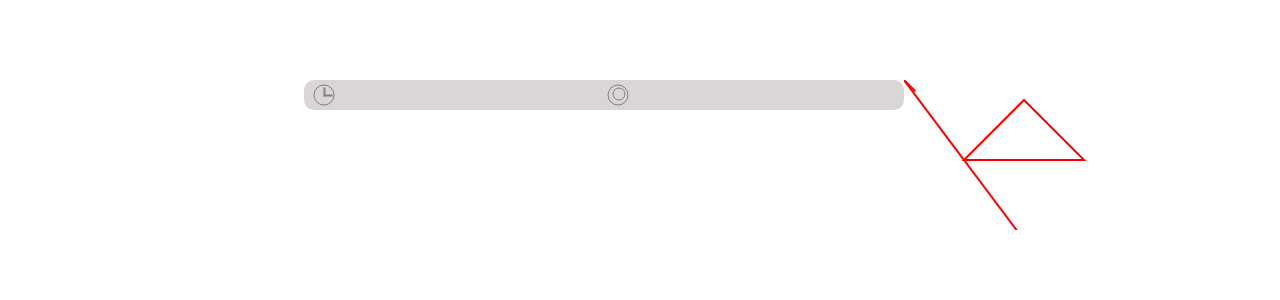
Repository: Gaj123-coder/emoji-search-app
Page: /
The author's editor kept a copy of each file at every save. The page is drawn from the files as they stood at one save, then again after the next save.
The browser window is 1280 px wide. The pictures show the whole page.
The project was rebuilt for these pictures with package versions that can differ from the ones it lists, and the page was loaded fresh each time.

Above is the page before, as saved 2021-10-30 19:19:33.

After the next save:
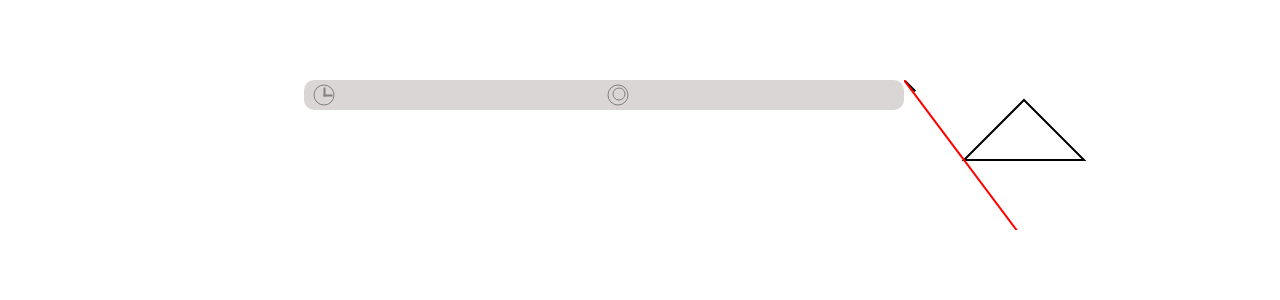
Saved 29 s later.
--- a/src/App.js
+++ b/src/App.js
@@ -18,8 +18,8 @@ function App() {
       </div>
       <div>
        <svg>
-         <path d="M120 20 l60 60 l-120 0 Z" stroke="red" strokeWidth="2px" fill="white"/>
-         <path d="M1,1 l0.1 0.1 l0.1 0.1 l0.1 0.1 l10 10" stroke="red" strokeWidth="2px" fill="none"/>
+         <path d="M120 20 l60 60 l-120 0 Z" stroke="black" strokeWidth="2px" fill="white"/>
+         <path d="M1,1 l0.1 0.1 l0.1 0.1 l0.1 0.1 l10 10" stroke="black" strokeWidth="2px" fill="none"/>
          <path d="M0 0 q1 1 300 400" stroke="red" strokeWidth="2px" fill="none"/>
        </svg>
       </div>
